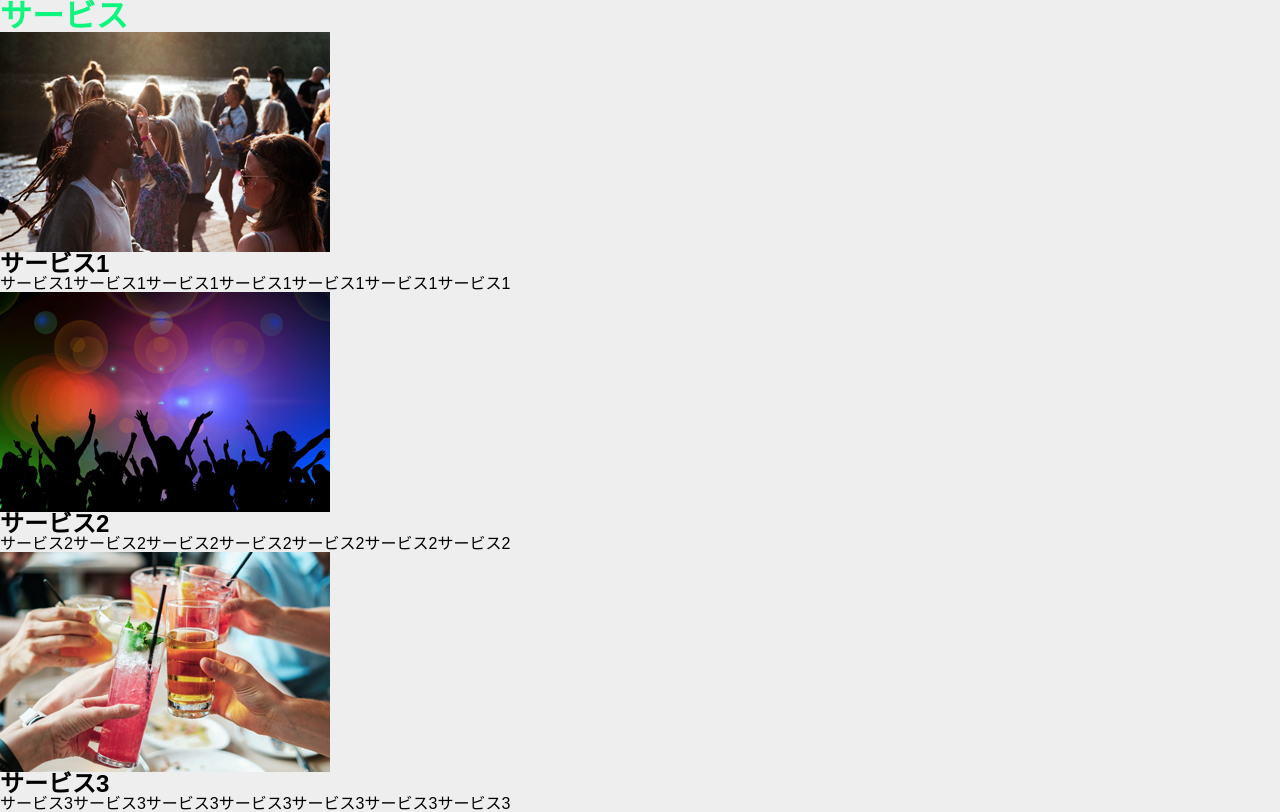
Repository: sonoyama01/dezasuta
Page: 第３回課題/work2/index.html
The author's editor kept a copy of each file at every save. The page is drawn from the files as they stood at one save, then again after the next save.
The browser window is 1280 px wide. The pictures show the whole page.

Above is the page before, as saved 2024-04-27 10:59:44.

After the next save:
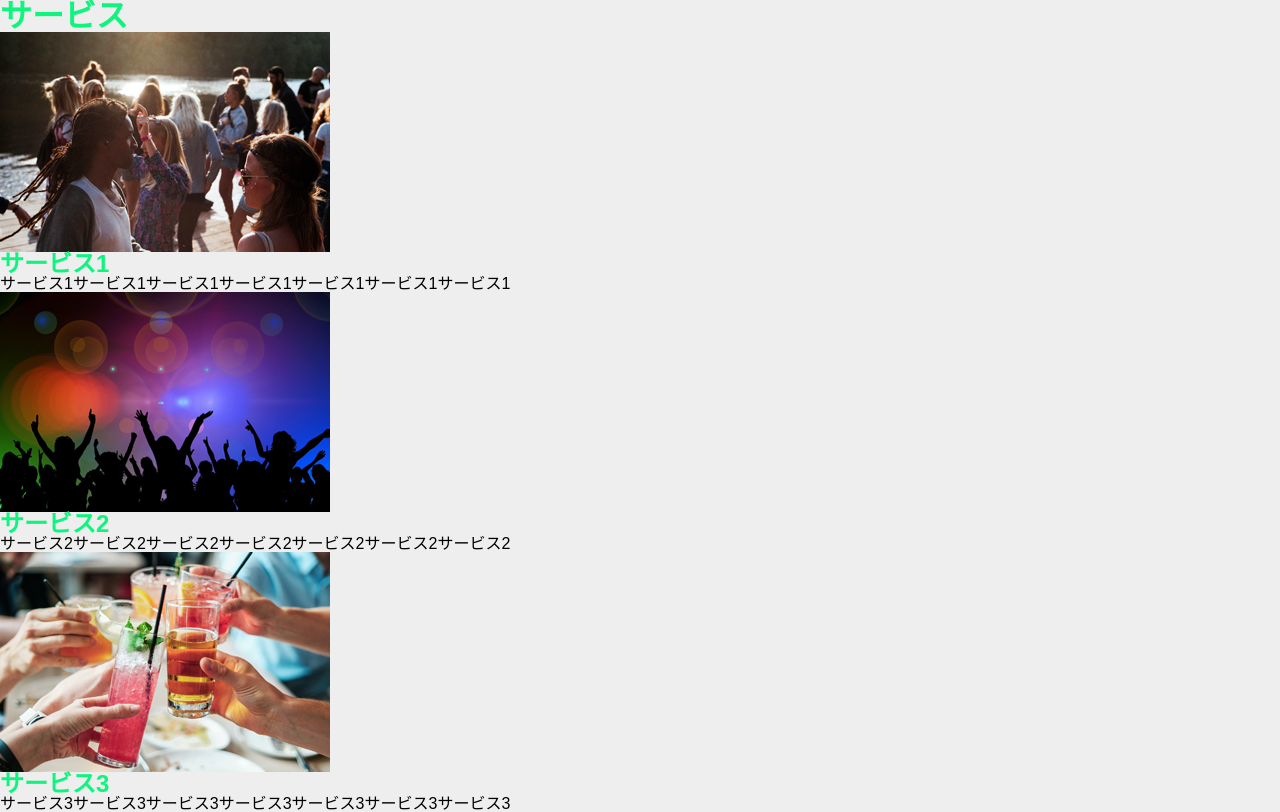
Saved 107 s later.
--- a/第３回課題/work2/css/style.css
+++ b/第３回課題/work2/css/style.css
@@ -2,8 +2,13 @@
 
 body{
     width: 960px;
-    background-color:#eeeeee ;
+    background-color: #eeeeee ;
 }
 h1{
     color: rgb(12, 246, 125);
 }
+
+h2{
+    color: rgb(12, 246, 125);
+    border-left: rgb(12, 246, 125);
+}
